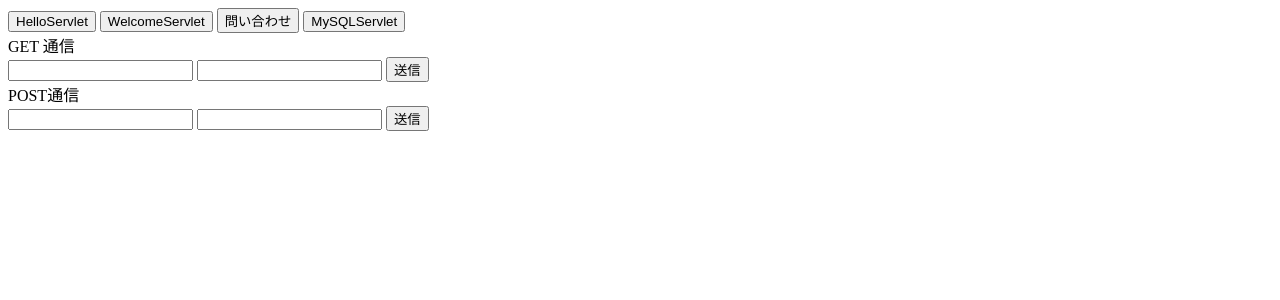
Repository: kazuki000/test
Page: http://localhost/HelloServlet/
An editor plug-in stored every save of this project. The page is shown before and after the next save, followed by the edit.
The browser window is 1280 px wide. The pictures show the whole page.
The page is served by Tomcat 9.

Above is the page before, as saved 2019-03-10 17:47:57.

After the next save:
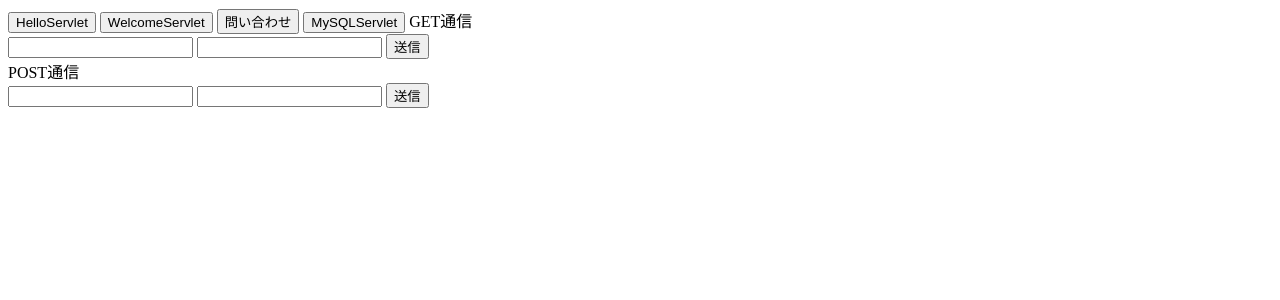
Saved 59 s later.
--- a/HelloServlet/WebContent/index.jsp
+++ b/HelloServlet/WebContent/index.jsp
@@ -7,26 +7,18 @@
 <title>HelloServlet</title>
 </head>
 <body>
-<input type="button" value="HelloServlet" onClick="location.href='HelloServlet'">
-<input type="button" value="WelcomeServlet" onClick="location.href='welcome.jsp'">
-<input type="button" value="問い合わせ" onClick="location.href='inquiry.jsp'">
-<input type="button" value="MySQLServlet" onClick="location.href='MySQLServlet'">
-
-<br>
-GET 通信
+<input type="button" value="HelloServlet" onClick="location.href='HelloServlet'"> <input type="button" value="WelcomeServlet" onClick="location.href='welcome.jsp'"> <input type="button" value="問い合わせ" onClick="location.href='inquiry.jsp'"> <input type="button" value="MySQLServlet" onClick="location.href='MySQLServlet'">
+GET通信
 <form method="get" action="TestServlet">
 <input type="text" name="username">
 <input type="password" name="password">
 <input type="submit" value="送信">
 </form>
-
 POST通信
 <form method="post" action="TestServlet">
 <input type="text" name="username">
 <input type="password" name="password">
 <input type="submit" value="送信">
-
 </form>
-
 </body>
 </html>

After the save that followed:
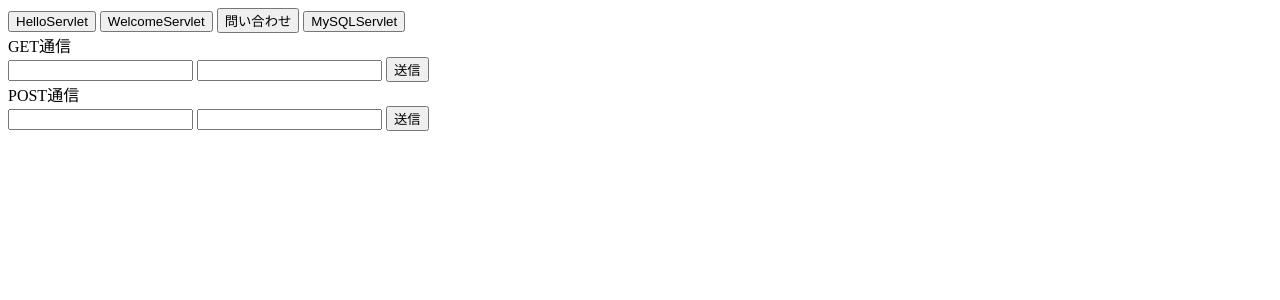
Saved 23 s later.
--- a/HelloServlet/WebContent/index.jsp
+++ b/HelloServlet/WebContent/index.jsp
@@ -8,6 +8,7 @@
 </head>
 <body>
 <input type="button" value="HelloServlet" onClick="location.href='HelloServlet'"> <input type="button" value="WelcomeServlet" onClick="location.href='welcome.jsp'"> <input type="button" value="問い合わせ" onClick="location.href='inquiry.jsp'"> <input type="button" value="MySQLServlet" onClick="location.href='MySQLServlet'">
+<br>
 GET通信
 <form method="get" action="TestServlet">
 <input type="text" name="username">
